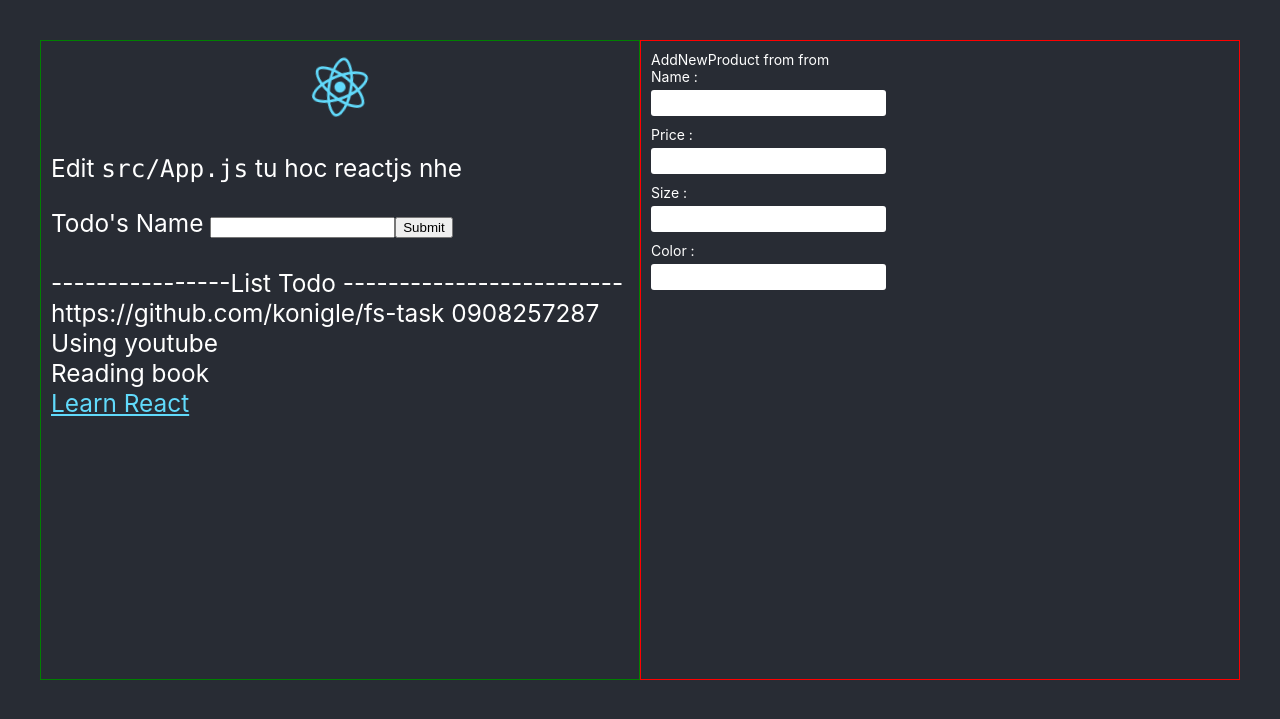
Repository: baothi/learn-reactjs
Page: /
These files come from the project's save history. The page is drawn as it stood at one moment and after the next save; the edit follows.
The browser window is 1280 px wide. The pictures show the whole page.
The project was rebuilt for these pictures with package versions that can differ from the ones it lists, and the page was loaded fresh each time.

Above is the page before, as saved 2022-10-04 17:57:50.

After the next save:
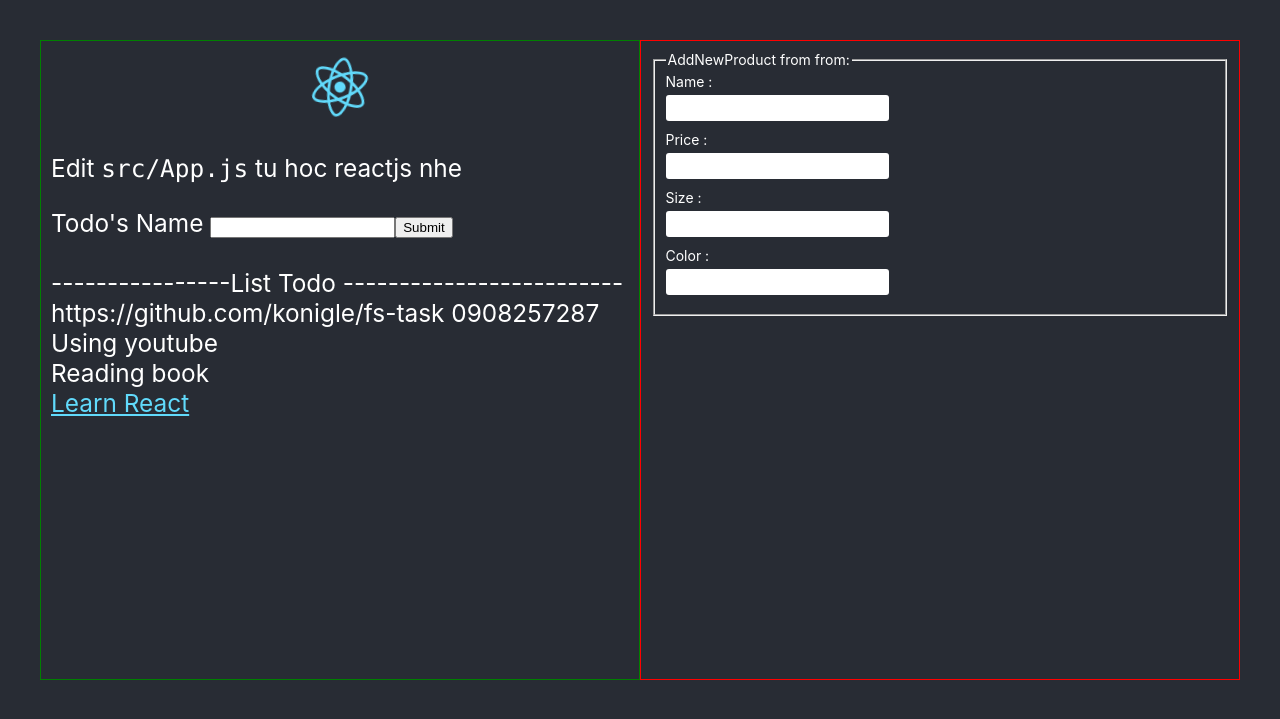
Saved 109 s later.
--- a/src/componets/AddNewProduct.js
+++ b/src/componets/AddNewProduct.js
@@ -1,7 +1,7 @@
 const AddNewProduct = () => {
     return (
-        <div>
-            <div>AddNewProduct from from</div>
+        <fieldset>
+            <legend>AddNewProduct from from:</legend>
             <div className="input-product">
                 <label>Name : </label>
                 <input type="text" />
@@ -18,7 +18,7 @@
                 <label>Color : </label>
                 <input type="text" />
             </div>
-        </div>
+        </fieldset>
     )
 }
 
